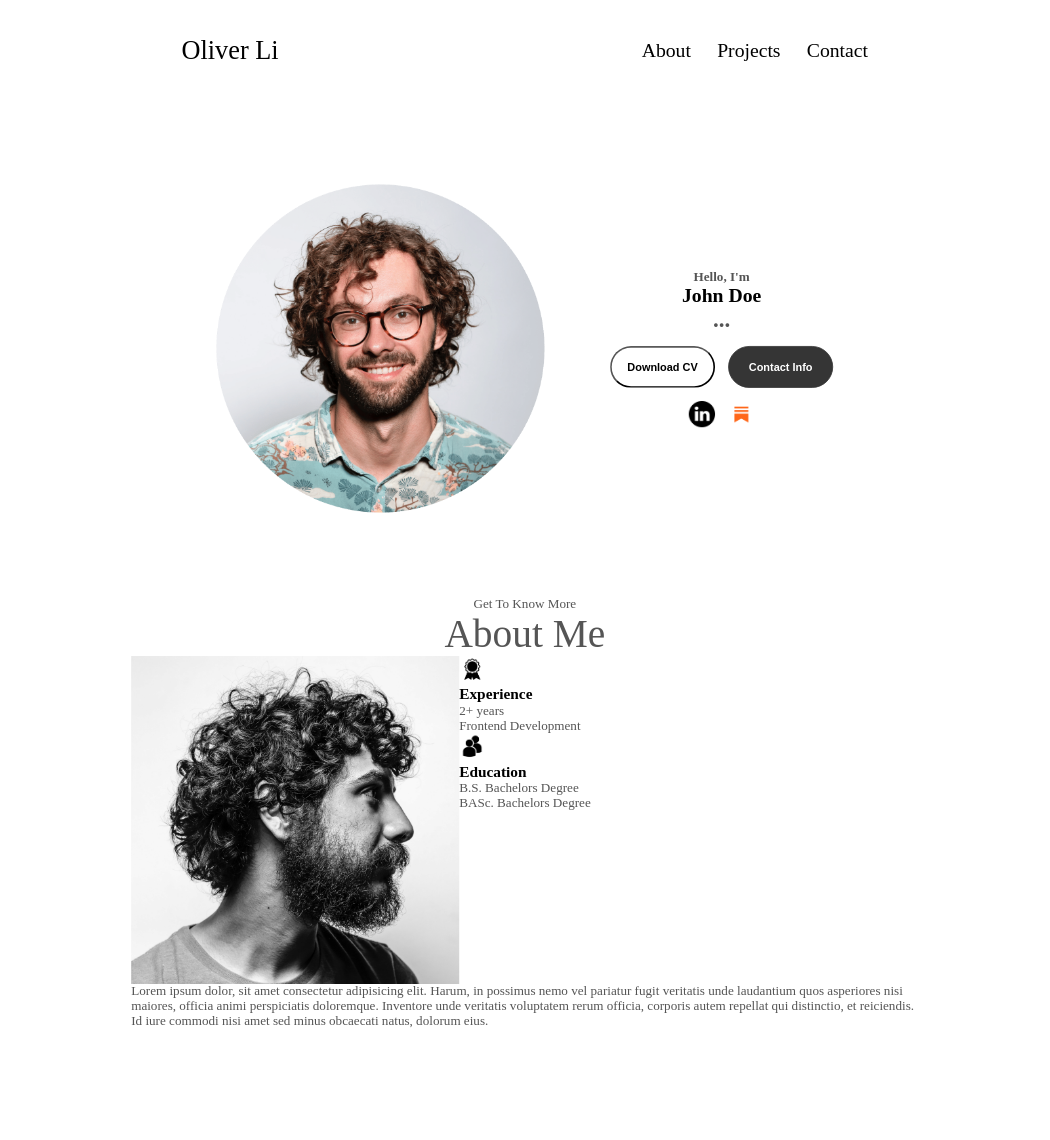
Repository: oliverli1728/portfolio
Page: index.html
An editor plug-in stored every save of this project. The page is shown before and after the next save, followed by the edit.
The browser window is 1280 px wide. The pictures show the whole page, at 82% of full size.
Some web fonts or font styles are not loaded; a fallback is used.

Above is the page before, as saved 2025-09-25 21:41:37.

After the next save:
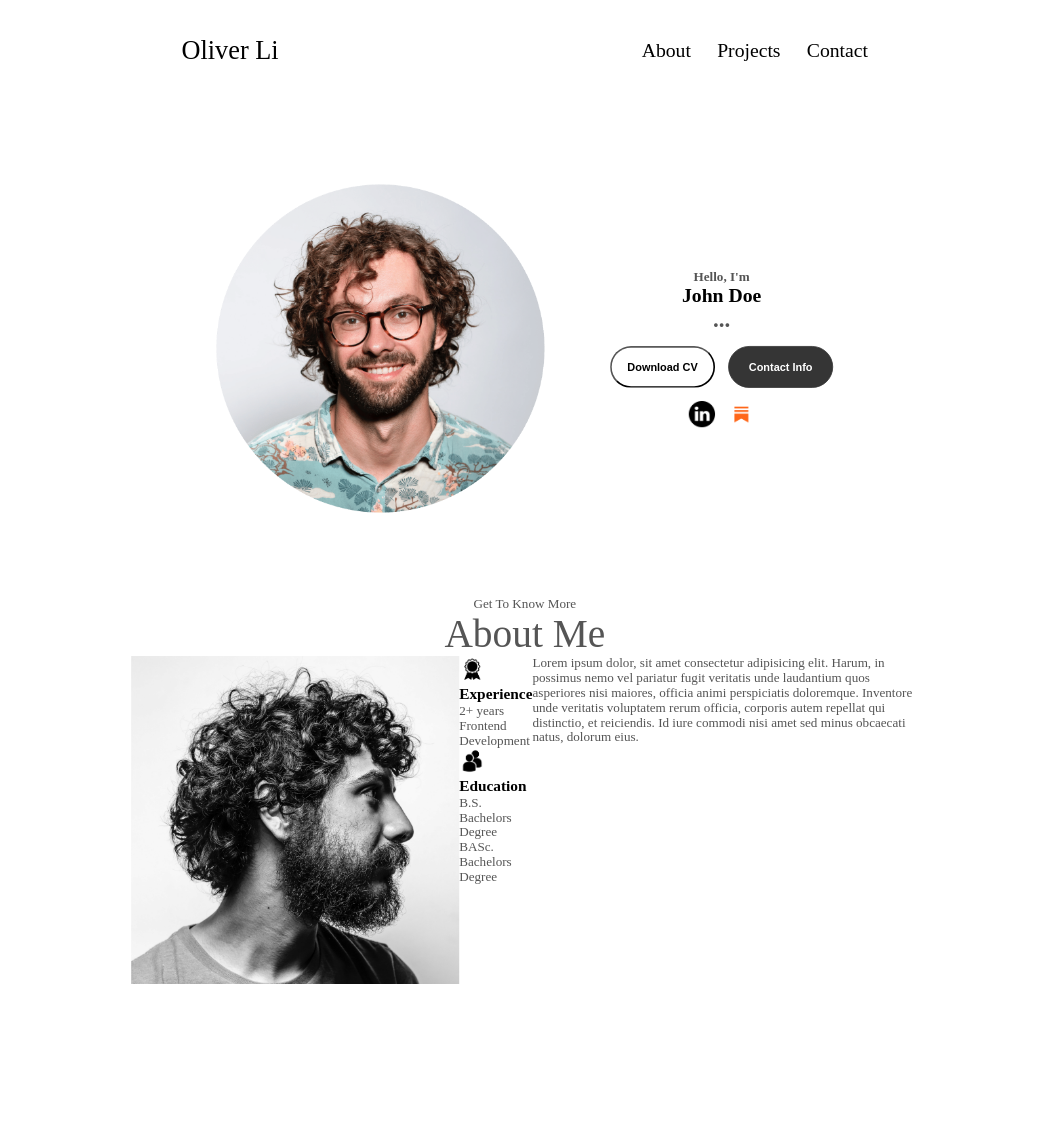
Saved 21 s later.
--- a/index.html
+++ b/index.html
@@ -84,9 +84,9 @@
                         <h3>Education</h3>
                         <p>B.S. Bachelors Degree <br> BASc. Bachelors Degree</p>
                     </div>
+                    <div class="text-container">
+                    <p>Lorem ipsum dolor, sit amet consectetur adipisicing elit. Harum, in possimus nemo vel pariatur fugit veritatis unde laudantium quos asperiores nisi maiores, officia animi perspiciatis doloremque. Inventore unde veritatis voluptatem rerum officia, corporis autem repellat qui distinctio, et reiciendis. Id iure commodi nisi amet sed minus obcaecati natus, dolorum eius.</p>
                 </div>
-                <div class="text-container">
-                    <p>Lorem ipsum dolor, sit amet consectetur adipisicing elit. Harum, in possimus nemo vel pariatur fugit veritatis unde laudantium quos asperiores nisi maiores, officia animi perspiciatis doloremque. Inventore unde veritatis voluptatem rerum officia, corporis autem repellat qui distinctio, et reiciendis. Id iure commodi nisi amet sed minus obcaecati natus, dolorum eius.</p>
                 </div>
             </div>
         </section>
